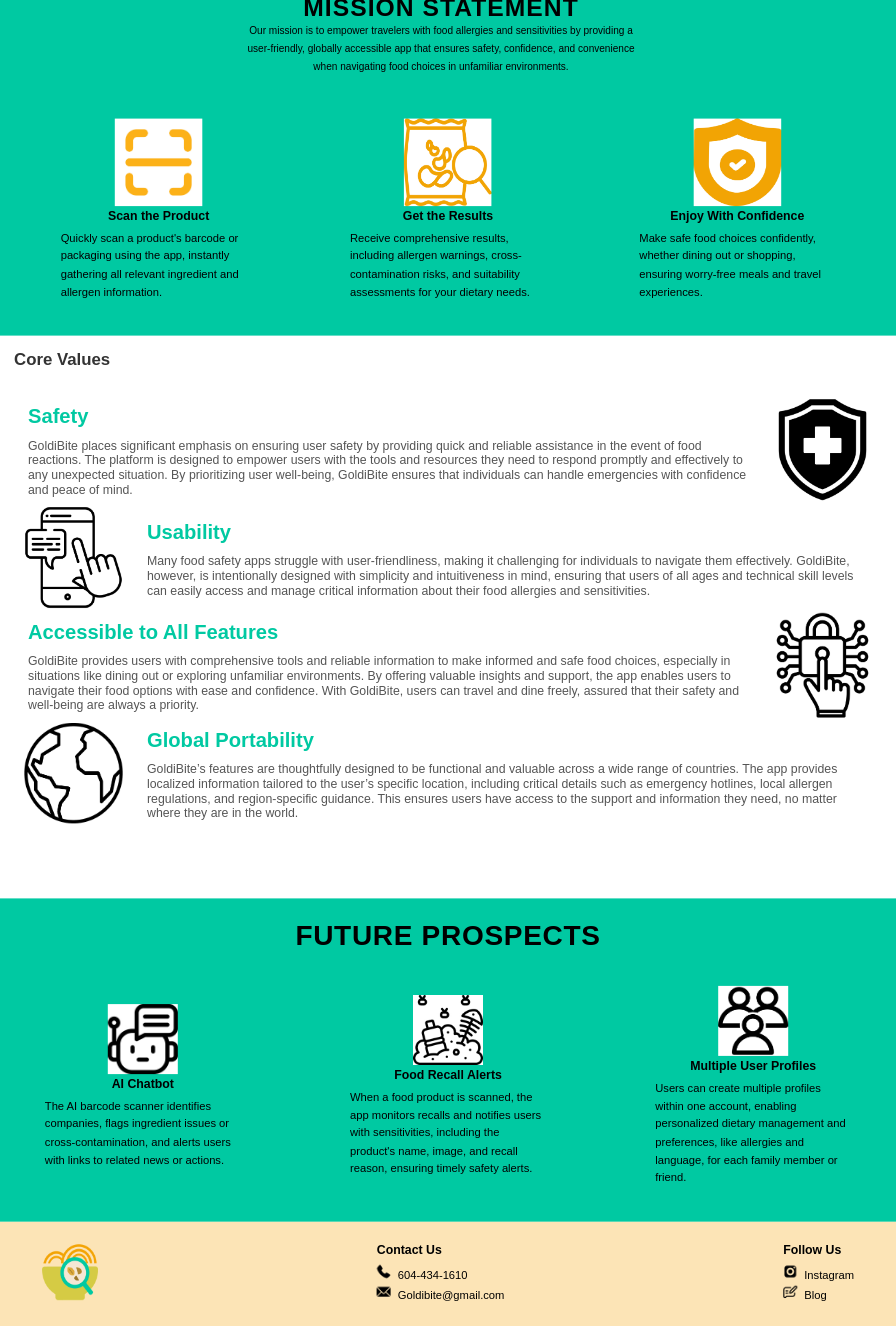
Repository: GavinPahal/landingpage
Page: /
An editor plug-in stored every save of this project. The page is shown before and after the next save, followed by the edit.
The browser window is 1280 px wide. The pictures show the part of the page from y = 758 to 2678 px (the page is 2653 px tall before and 2678 px after), at 70% of full size.
The project was rebuilt for these pictures with package versions that can differ from the ones it lists, and the page was loaded fresh each time. The framework's server and built-in components were replaced by stand-ins that run in the browser. Also part of the build but not shown: next.config.mjs.

Above is the page before, as saved 2024-11-30 22:14:22.

After the next save:
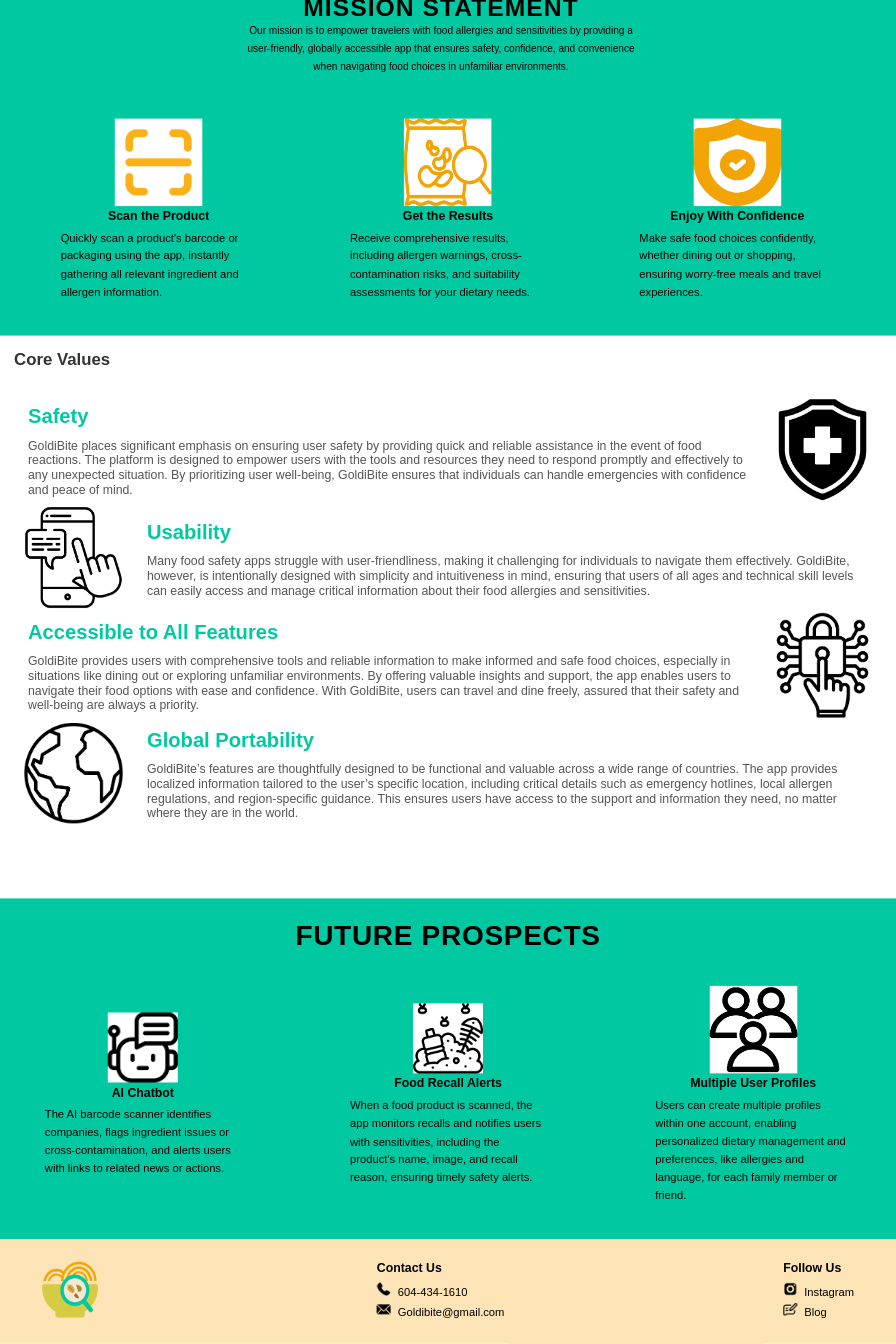
Saved 38 s later.
--- a/components/Product.js
+++ b/components/Product.js
@@ -48,8 +48,8 @@
           <Image
             src="/images/profile 1.jpg"
             alt="Feature 3"
-            width={100}
-            height={100}
+            width={125}
+            height={125}
           />
           <h3>Multiple User Profiles</h3>
           <p>
